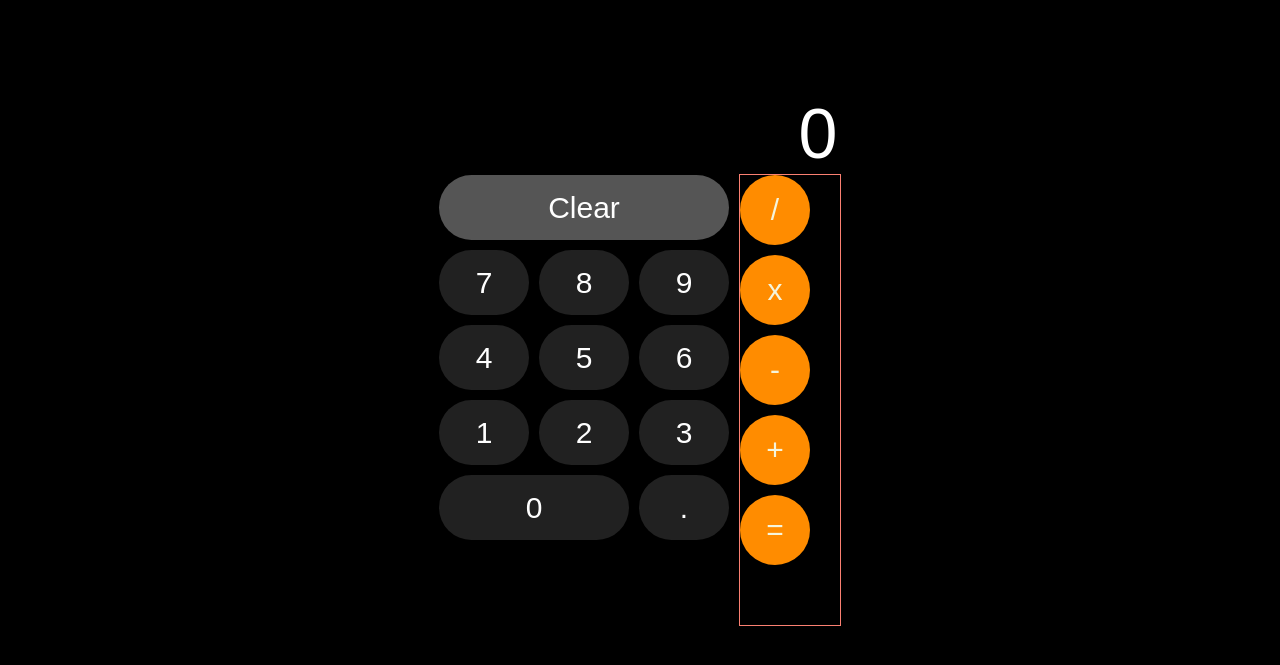
Repository: kocokoy/Calculator
Page: index.html
These files come from the project's save history. The page is drawn as it stood at one moment and after the next save; the edit follows.
The browser window is 1280 px wide. The pictures show the whole page.

Above is the page before, as saved 2024-10-23 09:27:17.

### index.html
<!DOCTYPE html>
<html lang="en">
<head>
  <meta charset="UTF-8">
  <meta name="viewport" content="width=device-width, initial-scale=1.0">
  <link rel="stylesheet" href="/style.css">
  <title>Document</title>
</head>
<body>
  <div class="container">
    <div class="output-number">
      <div class="number"></div>
    </div>
    <div class="calculator-container">
      <div class="number-and-clear-container">
        <div class="clear-button-container">
        </div>
        <div class="number-container">

        </div>
        <div class="zero-button-container">
        </div>
      </div>
      <div class="operator-container"></div>
    </div>
  </div>
  <script src="/script.js"></script>
</body>
</html>

### style.css
body{
  padding: 0;
  margin: 0;
  height: 100%;
  background-color: black;
  font-family: Arial, Helvetica, sans-serif;
}
button{
  border: none;
  border-radius: 100px;
  height: 65px;
  margin: 0;
  padding: 0;
  font-size: 30px;
  cursor: pointer;
}
.container{
  display: flex;
  align-items: center;
  justify-content: center;
  flex-direction: column;
  height: 100vh;
}
.calculator-container{
  display: flex;
  align-items: center;
  justify-content: center;
}
.number-and-clear-container{
  height: 450px;
  width: 300px;
  display: block;
}
.clear-button-container{
  display: grid;
  grid-template-columns: 1fr;
  margin-bottom: 10px;
}
.clear-button-container button{
  margin-right: 10px;
  background-color: rgb(85, 85, 85);
  color: rgb(255, 255, 255);
}
.number-container{
  display: grid;
  grid-template-columns: 1fr 1fr 1fr;
  direction: rtl;
}
.number-container button{
  margin-bottom: 10px;
  margin-right: 10px;
  background-color: hsl(0, 0%, 13%);
  color: white;
}
.zero-button-container{
  display: grid;
  grid-template-columns: 1fr 100px;
}
.zero-button-container button{
  margin-right: 10px;
  background-color: hsl(0, 0%, 13%);
  color: white;
}

.operator-container{
  height: 450px;
  width: 100px;
  display: flex;
  flex-direction: column;
  border: 1px solid salmon;
}
.operator-container button{
  font-size: 30px;
  margin-bottom: 10px;
  color: beige;
  background-color: hsl(33, 100%, 50%);
  height: 70px;
  width: 70px;
  border-radius: 50%;
}

.output-number{
  height: 70px;
  width: 395px;
  margin-bottom: 10px;
  display: flex;
  justify-content: end;
  font-size: 70px;
  color: white;
}

### script.js
const calculatorButton = ['Clear',1,2,3,4,5,6,7,8,9,0,'.'];
const operatorContent = ['/','x','-','+','='];
const numberContainer = document.querySelector('.number-container');
const clearButtonContainer = document.querySelector('.clear-button-container');
const zeroButtonContainer = document.querySelector('.zero-button-container');
const operatorContainer = document.querySelector('.operator-container');
const outputElement = document.querySelector('.number');

let num1 = '';
let num2 = '';
let operator = '';
let result = 0;
let equals ='';
let html = '';
displayButton();


function displayButton(){
  const descendedNumber = calculatorButton.sort((a,b) => b-a);
  outputElement.textContent = '0';
  for(const num of descendedNumber){
    const button = document.createElement('button');
    if(num === 'Clear'){
      button.classList.add('clear-button');
      button.textContent = num;
      clearButtonContainer.appendChild(button);
    }else if(num === 0 || num === '.'){
      button.classList.add('zero-button');
      button.textContent = num;
      zeroButtonContainer.appendChild(button);
    }else{
      button.classList.add('number-button');
      button.textContent = num;
      numberContainer.appendChild(button);
    }
  }

  operatorContent.forEach(operand => {
    const button = document.createElement('button');
    button.classList.add('operator-button');
    button.textContent = operand;
    operatorContainer.appendChild(button);
  });

  buttonsClicked();
}

function buttonsClicked(){
  const operatorButton = document.querySelectorAll('.operator-button');
  operatorButton.forEach((operButton,i) => {
    operButton.addEventListener('click', () => {
      if(operButton.textContent != '='){
        operator = operButton.textContent;
        // outputElements(operator);
      }else{
        if(num1 && num2 && operator){
          equals = operButton.textContent;
        }
        if(equals === '='){
          console.log(equals);
          console.log(`${num1}${operator}${num2}`)
          operate(num1,num2,operator);
        }
      }

    })
  })
}

const numberButton = document.querySelectorAll('.number-button');
numberButton.forEach((numButton,i) => {
  numButton.addEventListener('click', () => {
    console.log(numButton);
    if (operator === '') {
      num1 += numButton.textContent;
      outputElements(numButton.textContent);
      console.log('Num1:', num1);
    } else {
      num2 += numButton.textContent;
      outputElements(numButton.textContent);
      console.log('Num2:', num2);
    }
  })
})

const clearButton = document.querySelector('.clear-button');
clearButton.addEventListener('click',() => {
  clearContent();
  outputElement.textContent = '';
  numberContainer.appendChild(html);
  displayButton();
})

function clearContent(){
  num1 = result;
  num2 = '';
  operator = '';
  result = 0;
  equals ='';
  html = '';
  console.log(numberContainer);
}


function outputElements(a){
  if(num1 && num2 && operator && equals){
    outputElement.textContent = '';
    outputElement.textContent = a;
    clearContent();
  }else{
    if(operator === ''){
      html+=a;
      outputElement.textContent = html;
    }else{
      html = '';
      html+=a;
      outputElement.textContent = html;
    }
  }
}

function operate(num1,num2,operator){
  number1 = parseInt(num1,10);
  number2 = parseInt(num2,10);
  if(operator === '+'){
    addOperator(number1,number2);
  }else if(operator === '-'){
    minusOperator(number1,number2);
  }else if(operator === '*'){
    timesOperator(number1,number2);
  }else if(operator === '/'){
    divideOperator(number1,number2);
  }
}

const addOperator = (a,b) => {
  console.log(a,b);
  result = a + b;
  outputElements(result);
}

const minusOperator = (a,b) => {
  result = a-b;
  outputElements(result);
  return console.log(result);
}

const timesOperator = (a,b) => {
  result = a*b;
  outputElements(result);
}

const divideOperator = (a,b) => {
  sum = a/b;
  outputElements(result);
}

After the next save:
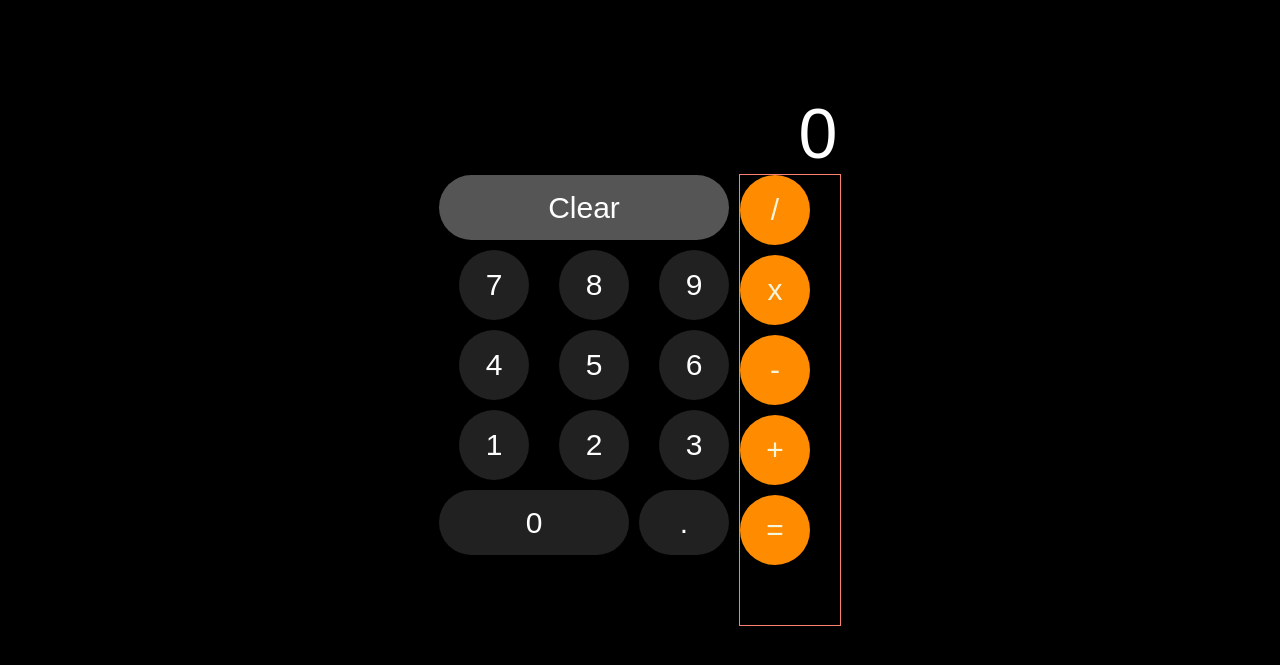
Saved 35 s later.
--- a/style.css
+++ b/style.css
@@ -51,6 +51,9 @@ button{
   margin-right: 10px;
   background-color: hsl(0, 0%, 13%);
   color: white;
+  height: 70px;
+  width: 70px;
+  border-radius: 50%;
 }
 .zero-button-container{
   display: grid;
